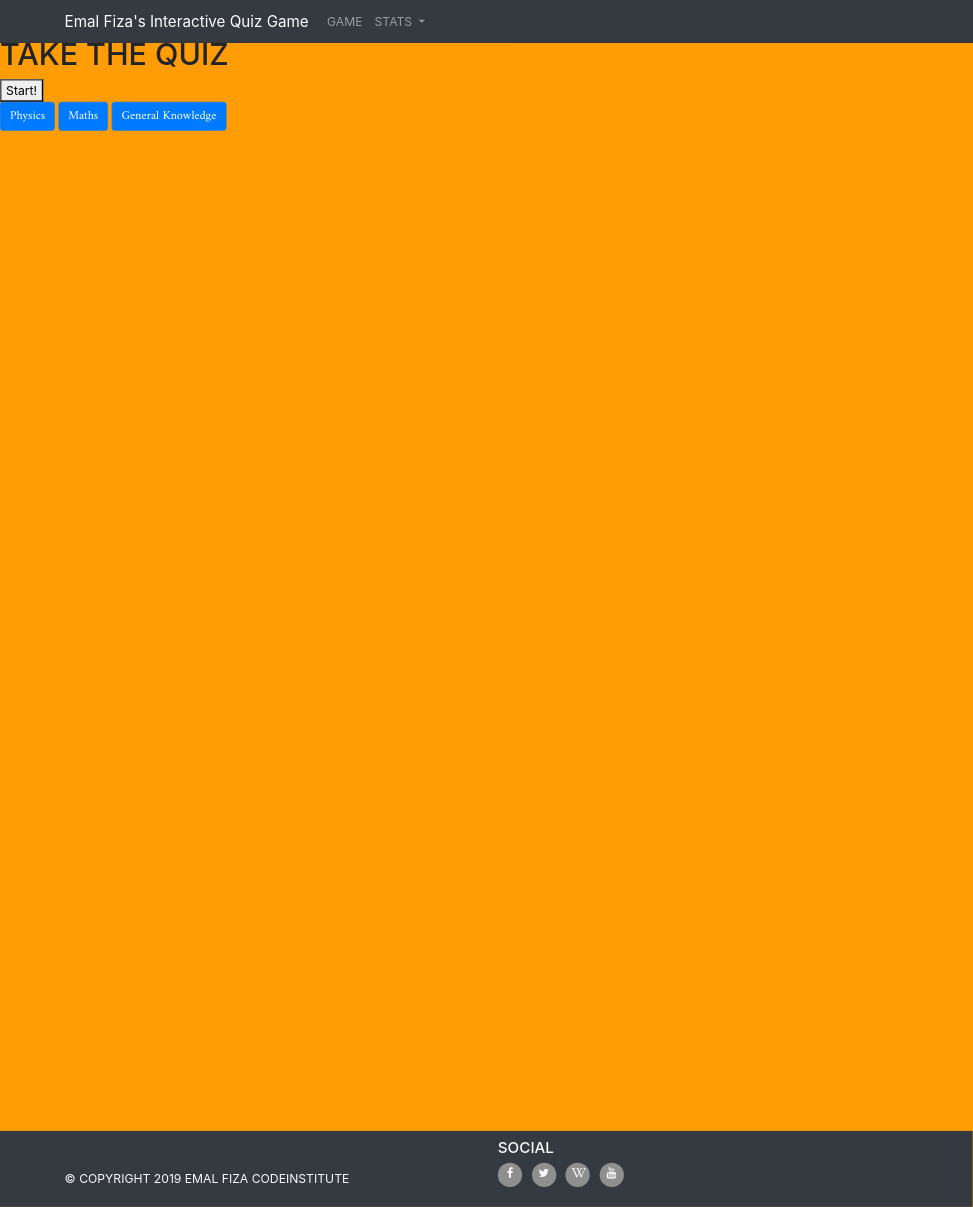
Repository: emalfiza/interactive-quiz-game
Page: index.html
The author's editor kept a record of every edit. The page is drawn from the files as they stood at one moment, then again after the next edit.
The browser window is 1280 px wide. The pictures show the whole page, at 76% of full size.
Some web fonts or font styles are not loaded; a fallback is used. Some web libraries are served in a nearby version.

Above is the page before.
Console error: TypeError: $(...).scrollspy is not a function

### index.html
<!DOCTYPE html>
<html lang="en">

<head>
    <meta charset="UTF-8">
    <meta name="viewport" content="width=device-width, initial-scale=1.0">
    <meta http-equiv="X-UA-Compatible" content="ie=edge">
    <!-- font awesome library -->
    <link rel="stylesheet" href="https://stackpath.bootstrapcdn.com/font-awesome/4.7.0/css/font-awesome.min.css" type="text/css">
    <!-- Bootstrap CDN -->
    <link rel="stylesheet" href="https://stackpath.bootstrapcdn.com/bootstrap/4.3.1/css/bootstrap.min.css" integrity="sha384-ggOyR0iXCbMQv3Xipma34MD+dH/1fQ784/j6cY/iJTQUOhcWr7x9JvoRxT2MZw1T" crossorigin="anonymous">
    <!-- local style sheet link to my css file comes after to make sure it render over bootstrap style -->
    <link rel="stylesheet" href="assets/css/style.css" type="text/css" />
    <title>Ineractive Quiz Game</title>
</head>

<body>
    <!-- Bootstrap navbar to hold the nav bar for the page -->
    <header>
        <nav id="mainNav" class="navbar navbar-expand-md bg-dark navbar-dark fixed-top">
            <div class="container">
                <a class="navbar-brand" href="#">Emal Fiza's Interactive Quiz Game</a>

                <!-- Toggler/collapsibe Button -->
                <button class="navbar-toggler" type="button" data-toggle="collapse" data-target="#collapsibleNavbar">
		        <span class="navbar-toggler-icon"></span>
		        </button>

                <!-- Navbar links -->
                <div class="collapse navbar-collapse" id="collapsibleNavbar">
                    <ul class="navbar-nav">
                        <li class="nav-item">
                            <a class="nav-link" href="game">GAME</a>
                        </li>
                        <li class="nav-item dropdown">
                            <a class="nav-link dropdown-toggle" data-toggle="dropdown" href="#">STATS
							<span class="caret"></span></a>
                            <ul class="dropdown-menu">
                                <li><a class="dropdown-item" href="#">Score</a></li>
                                <li><a class="dropdown-item" href="#">Correct Answers</a></li>
                            </ul>
                        </li>
                    </ul>
                </div>
            </div>
        </nav>
    </header>

    <!-- Main Bootstrap class padding 5 to hold the main content of the game -->
    <main class="pt-5">

        <!-- section to hold content for quiz game -->
        <section id="game" class="min-vw-100 min-vh-100">
            <!-- Bootsttrap predefined button class from the bootstarp ducomentation -->
            <div id="fullQuiz">
                <div>
                    <h1 id="heading1">TAKE THE QUIZ</h1>
                    <button id="startButton" type="button">Start!</button>
                </div>
                <button id="physics" type="button" class="btn btn-primary">Physics</button>
                <button id="maths" type="button" class="btn btn-primary">Maths</button>
                <button id="general" type="button" class="btn btn-primary">General Knowledge</button>
            </div>
            <div id="quizDiv">
            </div>
        </section>

        <!-- section to hold content for stats of the game -->
        <section id="stats" class="min-vw-100 min-vh-100">

        </section>
    </main>

    <!--Footer html codes copy pasted from my Stream One Project: User-Centric Frontend Development - project-kabul Code Institute-->
    <footer class="container-fluid footer">
        <div class="container">
            <div class="row">
                <div class="col-sm-6">
                    <p class="uppercase general-sub special">&copy; Copyright 2019 Emal Fiza CodeInstitute</p>
                </div>
                <div class="col-sm-6">
                    <h5 class="uppercase general-sub">Social</h5>
                    <ul class="list-inline social-links">
                        <li class="list-inline-item">
                            <a target="_blank" href="https://www.facebook.com/places/Things-to-do-in-Kabul-Afghanistan/102164239825190/">
              <i class="fa fa-facebook" aria-hidden="true"></i>
              <span class="sr-only">Facebook</span>
            </a>
                        </li>
                        <li class="list-inline-item">
                            <a target="_blank" href="https://twitter.com/kabulnewstv">
              <i class="fa fa-twitter" aria-hidden="true"></i>
              <span class="sr-only">Twitter</span>
            </a>
                        </li>
                        <li class="list-inline-item">
                            <a target="_blank" href="https://en.wikipedia.org/wiki/Kabul">
              <i class="fa fa-wikipedia-w" aria-hidden="true"></i>
              <span class="sr-only">Wikipedia</span>
            </a>
                        </li>
                        <li class="list-inline-item">
                            <a target="_blank" href="https://www.youtube.com/watch?v=JuWQ4T8p5m0">
              <i class="fa fa-youtube" aria-hidden="true"></i>
              <span class="sr-only">YouTube</span>
            </a>
                        </li>
                    </ul>
                </div>
            </div>
        </div>

    </footer>

    <!-- Adding bootstrap javascript files and Jquery files -->
    <script src="https://code.jquery.com/jquery-3.4.1.min.js" integrity="sha256-CSXorXvZcTkaix6Yvo6HppcZGetbYMGWSFlBw8HfCJo=" crossorigin="anonymous">
    </script>
    <script src="https://cdnjs.cloudflare.com/ajax/libs/popper.js/1.14.7/umd/popper.min.js" integrity="sha384-UO2eT0CpHqdSJQ6hJty5KVphtPhzWj9WO1clHTMGa3JDZwrnQq4sF86dIHNDz0W1" crossorigin="anonymous">
    </script>
    <script src="https://stackpath.bootstrapcdn.com/bootstrap/4.3.1/js/bootstrap.min.js" integrity="sha384-JjSmVgyd0p3pXB1rRibZUAYoIIy6OrQ6VrjIEaFf/nJGzIxFDsf4x0xIM+B07jRM" crossorigin="anonymous">
    </script>
    <script src="https://code.jquery.com/jquery-3.1.0.js" integrity="sha256-slogkvB1K3VOkzAI8QITxV3VzpOnkeNVsKvtkYLMjfk=" crossorigin="anonymous">
    </script>
    <!-- Local JavaScript files links -->
    <script type="text/javascript" src="assets/js/main.js">
    </script>
    <script type="text/javascript" src="assets/js/questions.js">
    </script>
</body>

</html>

### assets/css/style.css
/*
▓█████  ███▄ ▄███▓ ▄▄▄       ██▓         █████▒██▓▒███████▒ ▄▄▄
▓█   ▀ ▓██▒▀█▀ ██▒▒████▄    ▓██▒       ▓██   ▒▓██▒▒ ▒ ▒ ▄▀░▒████▄
▒███   ▓██    ▓██░▒██  ▀█▄  ▒██░       ▒████ ░▒██▒░ ▒ ▄▀▒░ ▒██  ▀█▄
▒▓█  ▄ ▒██    ▒██ ░██▄▄▄▄██ ▒██░       ░▓█▒  ░░██░  ▄▀▒   ░░██▄▄▄▄██
░▒████▒▒██▒   ░██▒ ▓█   ▓██▒░██████▒   ░▒█░   ░██░▒███████▒ ▓█   ▓██▒
░░ ▒░ ░░ ▒░   ░  ░ ▒▒   ▓▒█░░ ▒░▓  ░    ▒ ░   ░▓  ░▒▒ ▓░▒░▒ ▒▒   ▓▒█░
 ░ ░  ░░  ░      ░  ▒   ▒▒ ░░ ░ ▒  ░    ░      ▒ ░░░▒ ▒ ░ ▒  ▒   ▒▒ ░
   ░   ░      ░     ░   ▒     ░ ░       ░ ░    ▒ ░░ ░ ░ ░ ░  ░   ▒
   ░  ░       ░         ░  ░    ░  ░           ░    ░ ░          ░  ░
                                                  ░


google font Amiri and Tomorrow imported from the google font the entire project*/
@import url('https://fonts.googleapis.com/css?family=Amiri:100,200,300,400,500,600,700|Tomorrow:100,200,300,400,500,600,700&display=swap');

/* Animation colour change css code copied from CodePen and slightly changed by myself */

body {
    animation: colorchange 45s infinite;
    /* animation-name followed by duration in seconds*/
    /* you could also use milliseconds (ms) or something like 2.5s */
    -webkit-animation: colorchange 45s infinite;
    /* Chrome and Safari */
}

@keyframes colorchange {
    0% {
        background: #ff0000;
    }
    25% {
        background: #ffc107;
    }
    50% {
        background: #0000ff;
    }
    75% {
        background: #008000;
    }
    100% {
        background: #ff0000;
    }
}

@-webkit-keyframes colorchange
/* Safari and Chrome - necessary duplicate */

    {
    0% {
        background: #ff0000;
    }
    25% {
        background: #ffc107;
    }
    50% {
        background: #0000ff;
    }
    75% {
        background: #008000;
    }
    100% {
        background: #ff0000;
    }
}

html,
body {
    margin: 0;
    padding: 0;
    overflow-x: hidden;
    /* to have smooth scroll effect */
    scroll-behavior: smooth;
}

/* Nav bar of the page */

/* to have the color changed when the scroltop() is greater than the height - main.js changes the color */

.scrolled {
    box-shadow: 0 .5rem 1rem grey;
    background-color: #ca2a67 !important;
    transition: background-color 400ms linear;
}

/* to toggle the color back with a smooth transition */

.fixed-top {
    transition: background-color 400ms linear;
}

.active {
    font-family: 'Amiri', sans-serif;
    font-weight: 700;
    color: white;
    transition: color 300ms linear, font-weight 300ms linear;
}

/* main content of the game page */
#center {
    position: absolute;
    width: 50%;
    height: 25%;
    top: 50%;
    left: 25%;
    margin: auto;
    border-radius: 20px;
}

.btn-primary {
    font-family: 'Amiri', Sans-Serif;
    position: relative;
    margin: auto;
}

/* Footer css codes copy pasted from my Stream One Project: User-Centric Frontend Development - project-kabul Code Institute */
footer {
    background-color: #343a40!important;
    color: #fafafa;
    min-height: 100px;
}

.footer {
    position: relative;
    left: 0;
    bottom: 0;
    width: 100%;
}

.uppercase {
    text-transform: uppercase;
}

/* --The font-family for the general-sub I copied from the bootsratp navbar "DevTool" of my home page
because I wanted my footer font family to match my navbar--*/

.general-sub {
    font-family: -apple-system, BlinkMacSystemFont, "Segoe UI", Roboto, "Helvetica Neue",
    Arial, "Noto Sans", sans-serif, "Apple Color Emoji", "Segoe UI Emoji", "Segoe UI Symbol", "Noto Color Emoji";
    margin-top: 10px;
}

.special {
    margin-left: 0px;
    margin-top: 50px;
}

.social-links {
    padding: 0;
}

.social-links li a i {
    position: relative;
    width: 32px;
    height: 32px;
    padding: 8px;
    border-radius: 50%;
    font-size: 15px;
    line-height: 12px;
    text-align: center;
    color: #fafafa;
    background-color: #8f8f8f;
    transition: all 0.40s ease-in-out;
    -moz-transition: all 0.40s ease-in-out;
    -webkit-transition: all 0.40s ease-in-out;
    -o-transition: all 0.40s ease-in-out;
}

.social-links li a i:hover {
    background-color: #252525;
}

### assets/js/main.js
$(function () {
  $(document).scroll(function () {
    var $nav = $(".fixed-top");
    $nav.toggleClass('scrolled', $(this).scrollTop() > $nav.height());
  });

});
/*
Got help from:
https://github.com/BlackrockDigital/startbootstrap-scrolling-nav/blob/master/js/scrolling-nav.js
*/
(function($) {
  "use strict"; // Start of use strict
  // Activate scrollspy to add active class to navbar items on scroll
  $('body').scrollspy({
    target: '#mainNav',
    offset: 56
  });

})(jQuery); // End of use strict


$(document).ready(function() {
    $.getJSON("assets/js/test.json", function(jsonObject) {
        console.log(jsonObject.quizTitle); // this will show the info it in firebug console
        console.log(jsonObject.questions[0].correctAnswer); // this will show the info it in firebug console
    });
});

### assets/js/questions.js
var physicsQuestions = [{
        question: "What is the first name of the famous scientist who gave us Newton’s three laws of motion?",
        choices: ["Albert Einstein", "Galileo Galilei", "Michael Faraday", "Isaac Newton"],
        answer: "Isaac Newton"
    },
    {
        question: "Bolometer is used to measure?",
        choices: ["Temperature", "Frequency", "Velocity", "Wavelength"],
        answer: "Temperature"
    },
    {
        question: "Which one of the following has the highest value of specific heat?",
        choices: ["Alcohol", "Methane", "Water", "Kerosene"],
        answer: "Water"
    },
    {
        question: "Product of Force and Velocity is called:",
        choices: ["Work", "Energy", "Power", "Momentum"],
        answer: "Power"
    },
    {
        question: "A man presses more weight on earth at:",
        choices: ["leaning Position", "Lying Position", "Standing Position", "Sitting position"],
        answer: "Standing Position"
    },
    {
        question: "If electrical conductivity increases with the increase of temperature of a substance, then it is a:",
        choices: ["Conductor", "Semiconductor", "Insulator", "Carborator"],
        answer: "Semiconductor"
    },
    {
        question: "With the increase of pressure, the boiling point of any substance",
        choices: ["Increases", "Becomes zero", "Decreases", "Remains Same"],
        answer: "Increases"
    },
    {
        question: "The rotational effect of a force on a body about an axis of rotation is described in terms of the",
        choices: ["Centre of gravity", "Centrifugal force", "Moment of force", "Centripetal force"],
        answer: "Moment of force"
    },
    {
        question: "What is the unit of Astronomical Distance?",
        choices: ["Weber", "Lux", "Angstrom", "Light year"],
        answer: "Light year"
    },
    {
        question: "What is the scale used for measuring the intensity of the earthquake?",
        choices: ["Richter Scale", "Quake Scale", "Metric Scale", "Epicentre Scale"],
        answer: "Richter Scale"
    }
];

var mathsQuestions = [{
        question: "You are travelling down the motorway at 60 m/s. How long will it take you to cover a distance of 30,000 metres?",
        choices: ["750 seconds", "50 seconds", "500 seconds", "1050 seconds"],
        answer: "500 second"
    },
    {
        question: "Convert you last answer from seconds to minutes. How many minutes does it therefore take you to travel 30,000 metres at 60m/s?",
        choices: ["8.33 mins", "0.833 mins", "12.5 min", "17.5 mins"],
        answer: "8.33 mins"
    },
    {
        question: "Aamina and Emal Fiza are working on a maths project together, and together they are being paid a total of £10,000 in the ratio 6:4 respectively. How much does Emal get paid?",
        choices: ["£5000", "£6000", "£4000", "£3750"],
        answer: "£4000"
    },
    {
        question: "Emal Fiza suffers from the case of a broken nose and the size of his nose increases by 2.5% each month. If his nose measured 4 cm at the beginning of December, what does his nose measure mid-April?",
        choices: ["4.42 cm", "4.31 cm", "4.20 cm", "4.3 cm"],
        answer: "4.42 cm"
    },
    {
        question: "You are travelling in the shape of a right-handed triangle, with sides measuring - hypotenuse 50m and adjacent 43m. what is the length of the opposite side?",
        choices: ["423 m", "754 m", "534 m", "651 m"],
        answer: "651 m"
    },
    {
        question: "How much does the angle between the given adjacent and hypotenuse in the last question measure?",
        choices: ["50 degrees", "90 degrees", "40.7 degrees", "94.55 degrees"],
        answer: "40.7 degrees"
    },
    {
        question: "What is 567,846 rounded to the nearest 10",
        choices: ["567,800", "567,850", "567,840", "570,000"],
        answer: "567,850"
    },
    {
        question: "Emal Fiza and Aamina are playing a quiz. For every 5 questions Aamina scores correctly, Emal scores one correct question. How many questions does Emal get correct if Aamina gets 70 questions correct?",
        choices: ["14", "23", "11", "50"],
        answer: "14"
    },
    {
        question: "If you have a straight line 3y = 6x+5; what is the gradient of the line?",
        choices: ["6", "2", "5", "18"],
        answer: "2"
    },
    {
        question: "What Is the y-intercept of the straight line of equation 3y = 6x+5?",
        choices: ["3", "6", "5", "1.7"],
        answer: "5"
    }
];

var generalQuestions = [{
        question: "Which chess piece is of the lowest theoretical value?",
        choices: ["Knight", "Castle", "Bishop", "Pawn"],
        answer: "Pawn"
    },
    {
        question: "What is the capital of Canada?",
        choices: ["Montreal", "Ottawa", "Toronto", "Vancouver"],
        answer: "Ottawa"
    },
    {
        question: "Who was the first man on the moon?",
        choices: ["Buzz Aldrin", "Yuri Gagarin", "Neil Armstrong", "John Glennr"],
        answer: "Neil Armstrong"
    },
    {
        question: "According to the Bible, what was the name of the town which was the birthplace of Jesus Christ?",
        choices: ["Nazareth", "Bethlehem", "Jerusalem", "Gethsemane"],
        answer: "Bethlehem"
    },
    {
        question: "What number is represented by the letters XIX in Roman numerals?",
        choices: ["19", "16", "11", "21"],
        answer: "19"
    },
    {
        question: "Name the third known major planet from the sun in our solar system.",
        choices: ["Venus", "Jupiter", "Mars", "Earth"],
        answer: "Earth"
    },
    {
        question: "What is the biggest living fish in the ocean?",
        choices: ["white shark", "Whale", "Tuna", "Barracuda"],
        answer: "Whale"
    },
    {
        question: "In which African country is Timbuktu?",
        choices: ["Algeria", "Chad", "Mali", "Nigeria"],
        answer: "Mali"
    },
    {
        question: "Name the traditional and popular wrestling sport of Japan.",
        choices: ["Sumo", "Origami", "Ikebana", "NKendo"],
        answer: "Sumo"
    },
    {
        question: "Name the capital of Australia.",
        choices: ["Melbourne", "Sydney", "Perth", "Canberra"],
        answer: "Canberra"
    }
];

After the next edit:
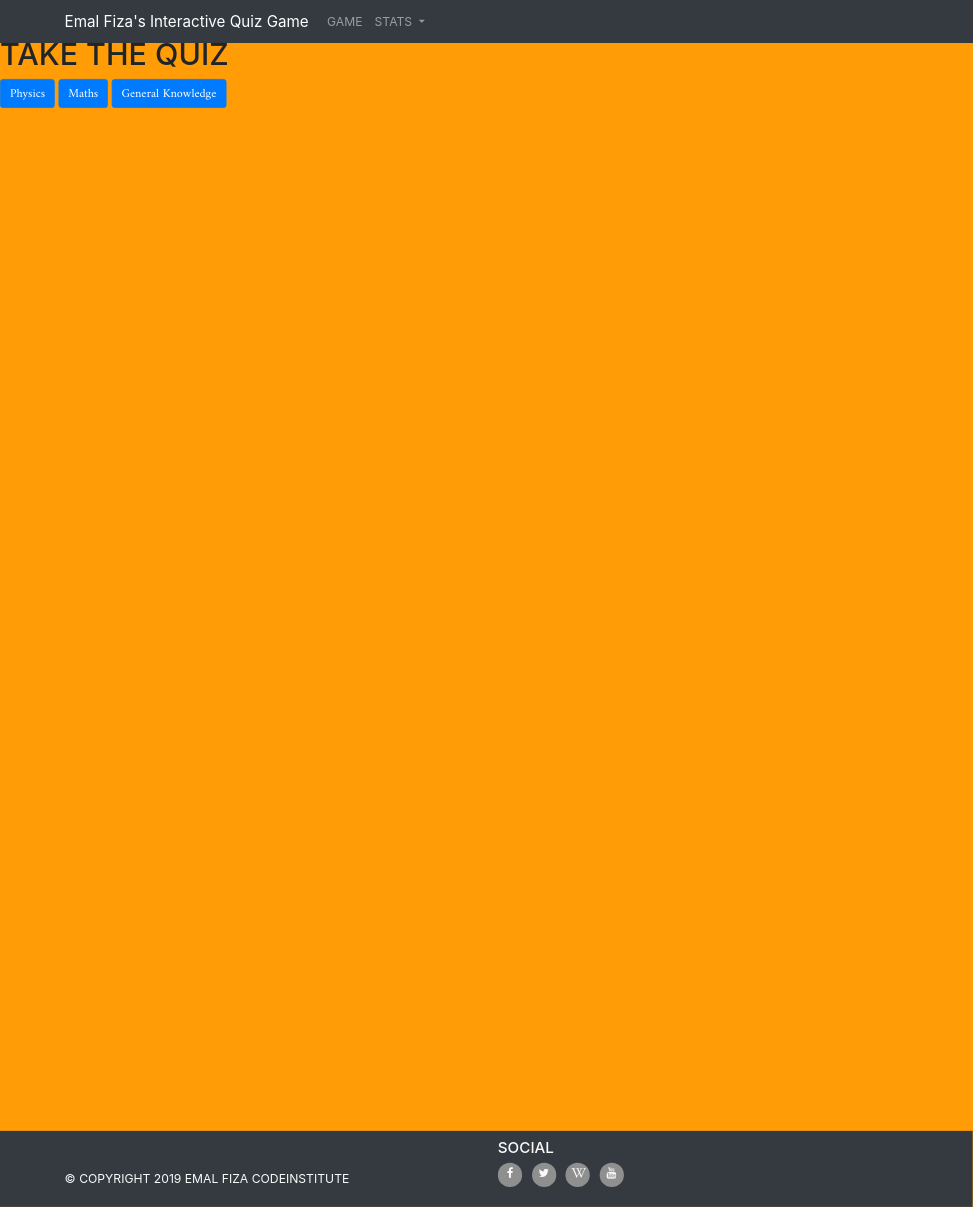
The edit:
--- a/index.html
+++ b/index.html
@@ -55,7 +55,6 @@
             <div id="fullQuiz">
                 <div>
                     <h1 id="heading1">TAKE THE QUIZ</h1>
-                    <button id="startButton" type="button">Start!</button>
                 </div>
                 <button id="physics" type="button" class="btn btn-primary">Physics</button>
                 <button id="maths" type="button" class="btn btn-primary">Maths</button>
